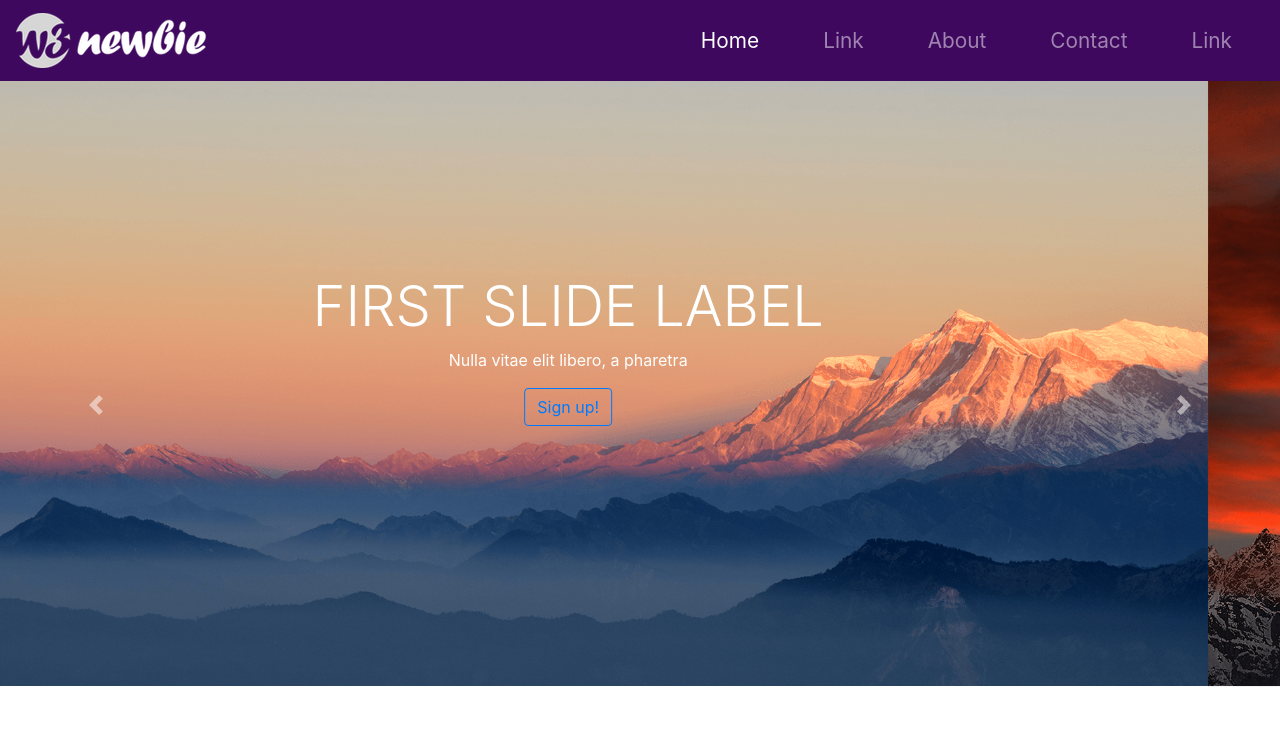
Repository: Mietlicha/bootstrap-project
Page: Bootstrap Website Files/index.html
An editor plug-in stored every save of this project. The page is shown before and after the next save, followed by the edit.
The browser window is 1280 px wide. The pictures show the whole page.

Above is the page before, as saved 2019-10-28 22:34:27.

### Bootstrap Website Files/index.html
<!DOCTYPE html>
<html lang="en">

<head>
  <title>Bootstrap Website Tutorial</title>
  <meta charset="utf-8">
  <meta name="viewport" content="width=device-width, initial-scale=1">
  <link rel="stylesheet" href="https://stackpath.bootstrapcdn.com/bootstrap/4.3.1/css/bootstrap.min.css"
    integrity="sha384-ggOyR0iXCbMQv3Xipma34MD+dH/1fQ784/j6cY/iJTQUOhcWr7x9JvoRxT2MZw1T" crossorigin="anonymous">
  <link rel="stylesheet" href="https://cdnjs.cloudflare.com/ajax/libs/font-awesome/4.7.0/css/font-awesome.min.css">
  <link rel="stylesheet" href="..//style.css">
</head>

<body>
  <!--Navbar-->
  <nav class="navbar navbar-expand-md navbar-dark bg-violet">
    <a class="navbar-brand" href="#"><img src="img/w3newbie.png" alt="logo"></a>
    <button class="navbar-toggler" type="button" data-toggle="collapse" data-target="#navbarSupportedContent"
      aria-controls="navbarSupportedContent" aria-expanded="false" aria-label="Toggle navigation">
      <span class="navbar-toggler-icon"></span>
    </button>

    <div class="collapse navbar-collapse" id="navbarSupportedContent">
      <ul class="navbar-nav ml-auto">
        <li class="nav-item active">
          <a class="nav-link" href="#">Home <span class="sr-only">(current)</span></a>
        </li>
        <li class="nav-item">
          <a class="nav-link" href="#">Link</a>
        </li>
        <li class="nav-item">
          <a class="nav-link" href="#">About</a>
        </li>
        <li class="nav-item">
          <a class="nav-link" href="#">Contact</a>
        </li>
        <li class="nav-item">
          <a class="nav-link" href="#">Link</a>
        </li>
      </ul>
    </div>
  </nav>

   <!--Slider-->
   <div id="carouselExampleIndicators" class="carousel slide"  data-ride="carousel">
      <ol class="carousel-indicators">
        <li data-target="#carouselExampleIndicators" data-slide-to="0" class="active"></li>
        <li data-target="#carouselExampleIndicators" data-slide-to="1"></li>
        <li data-target="#carouselExampleIndicators" data-slide-to="2"></li>
      </ol>
      <div class="carousel-inner">
        <div class="carousel-item active">
          <img src="img/mountains.png" class="d-block w-100 position-carusel-caption" alt="mountains">
          <div class="carousel-caption">
              <h1 class="display-4 text-uppercase">First slide label</h1>
              <p>Nulla vitae elit libero, a pharetra</p>
              <button type="button" class="btn btn-outline-primary mb-5">Sign up!</button>
          </div>
        </div>
        <div class="carousel-item">
          <img src="img/red.png" class="d-block w-100" alt="dusk at mountains">
        </div>
        <div class="carousel-item">
          <img src="img/snow.png" class="d-block w-100" alt="snowy mountains">
        </div>
      </div>
      <a class="carousel-control-prev" href="#carouselExampleIndicators" role="button" data-slide="prev">
        <span class="carousel-control-prev-icon" aria-hidden="true"></span>
        <span class="sr-only">Previous</span>
      </a>
      <a class="carousel-control-next" href="#carouselExampleIndicators" role="button" data-slide="next">
        <span class="carousel-control-next-icon" aria-hidden="true"></span>
        <span class="sr-only">Next</span>
      </a>
    </div>

  <script src="https://code.jquery.com/jquery-3.3.1.slim.min.js"
    integrity="sha384-q8i/X+965DzO0rT7abK41JStQIAqVgRVzpbzo5smXKp4YfRvH+8abtTE1Pi6jizo"
    crossorigin="anonymous"></script>
  <script src="https://cdnjs.cloudflare.com/ajax/libs/popper.js/1.14.7/umd/popper.min.js"
    integrity="sha384-UO2eT0CpHqdSJQ6hJty5KVphtPhzWj9WO1clHTMGa3JDZwrnQq4sF86dIHNDz0W1"
    crossorigin="anonymous"></script>
  <script src="https://stackpath.bootstrapcdn.com/bootstrap/4.3.1/js/bootstrap.min.js"
    integrity="sha384-JjSmVgyd0p3pXB1rRibZUAYoIIy6OrQ6VrjIEaFf/nJGzIxFDsf4x0xIM+B07jRM"
    crossorigin="anonymous"></script>
</body>

</html>

### style.css
*{
    box-sizing: border-box;
}

body{
    margin: 0;
    padding: 0;
}

/*Navbar*/
.bg-violet{
    background-color: rgb(63, 8, 95);
}

.nav-item{
    padding: 0 1.5rem;
    font-size: 1.3rem;
}

.navbar-dark .navbar-nav .nav-link:hover {
    color: rgb(255,255,255);
}

/*Slider*/

.carousel-item{
    width: 100%;
    height: 90vh;
}
.carousel-indicators > li {
    width: 10px;
    height: 10px;
    border-radius: 50%;
  }

  /*wyśrodkowanie DIVA translateY!!!!!*/
  .carousel-caption{
    position: absolute;
    top: 50%;
    transform: translateY(-50%);
}

@media(max-width:768px){
    .carousel-caption{
        top: 40%;
        transform: translateY(-50%);
    }

    .carousel-caption h1{
        font-size: 2rem;
    }
}

@media(max-width:500px){
    .carousel-caption{
        top: 33%;
        transform: translateY(-50%);
    }

    .carousel-caption h1{
        font-size: 1.7rem;
    }

    .carousel-caption p{
        font-size: 0.7rem;
    }
}

After the next save:
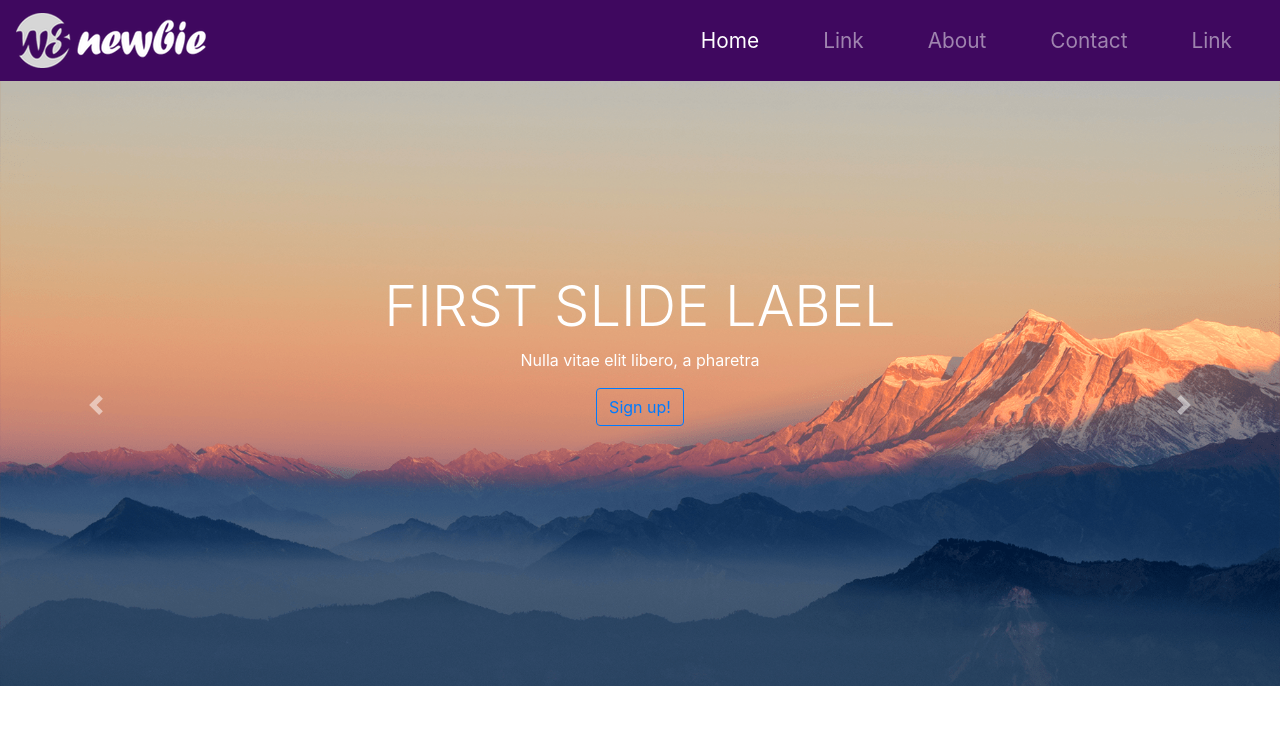
Saved 39 s later.
--- a/Bootstrap Website Files/index.html
+++ b/Bootstrap Website Files/index.html
@@ -42,7 +42,7 @@
   </nav>
 
    <!--Slider-->
-   <div id="carouselExampleIndicators" class="carousel slide"  data-ride="carousel">
+   <div id="carouselExampleIndicators" class="carousel slide"  data-interval="false" data-ride="carousel">
       <ol class="carousel-indicators">
         <li data-target="#carouselExampleIndicators" data-slide-to="0" class="active"></li>
         <li data-target="#carouselExampleIndicators" data-slide-to="1"></li>
